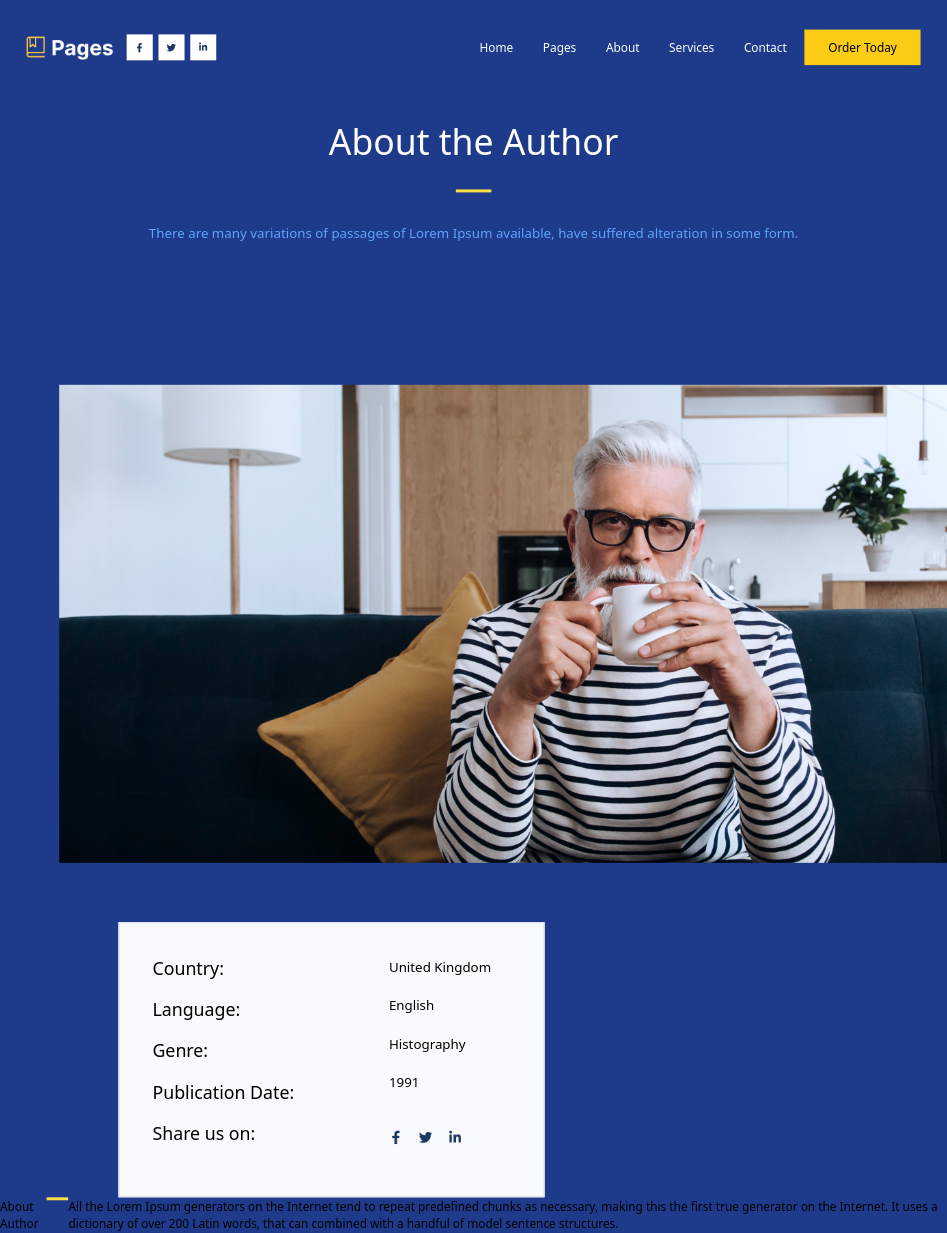
Repository: Godnorg/Class3
Page: index.html
The author's editor kept a copy of each file at every save. The page is drawn from the files as they stood at one save, then again after the next save.
The browser window is 1280 px wide. The pictures show the whole page, at 74% of full size.
Some web libraries are served in a nearby version.

Above is the page before, as saved 2023-02-20 02:30:56.

### index.html
<!DOCTYPE html>
<html lang="en">
<head>
    <meta charset="UTF-8">
    <meta http-equiv="X-UA-Compatible" content="IE=edge">
    <meta name="viewport" content="width=device-width, initial-scale=1.0">
    <title>Class3</title>
    <script src="https://cdn.tailwindcss.com"></script>
</head>
<body class="w-full bg-blue-900">
<div class="flex items-center justify-between w-full pt-10 mx-auto px-9 max-w-7xl">
    <div class="flex gap-4 ">
    <img src="./Logo.png">
    <img src="./soc-icons.png" class="h-9">
    </div>
    <div class="flex gap-6">
        <ul class="flex items-center gap-10 text-white">
            <li><a href="#">Home</a></li>
            <li><a href="#">Pages</a></li>
            <li><a href="#">About</a></li>
            <li><a href="#">Services</a></li>
            <li><a href="#">Contact</a></li>
        </ul>
        <button class="px-8 py-3 mx-auto bg-yellow-400 font-sans-serif">Order Today</button>
    </div>
    </div>
    <div class="items-center mx-auto">
    <h1 class="items-center pt-20 pb-10 text-5xl text-center text-white">About the Author</h1>
        <div
            class="items-center w-12 h-1 mx-auto text-center bg-yellow-300">
        </div>
        <p class="items-center pt-10 pb-20 mx-auto text-lg text-center text-blue-400">There are many variations of passages of Lorem Ipsum available, have suffered alteration in some form.</p>
    </div>

    <div class= "" bg-slate-100">
        <div class="relative w-full pb-20 pl-20 mx-auto pt-28 max-w-7xl">
        <img src="./oldman2.jpg">
        </div>
        <div class="max-w-xl ml-40 mr-96 bg-gray-50">
            <div class="flex mt-0 border-2 pt-11 px-11 pb-11">
                <div class="pr-32">
                <h2 class="pb-6 text-2xl">Country:</h2>
                <h2 class="pb-6 text-2xl">Language:</h2>
                <h2 class="pb-6 text-2xl">Genre:</h2>
                <h2 class="pb-6 text-2xl">Publication Date:</h2>
                <h2 class="pb-6 text-2xl">Share us on:</h2>
                </div>
                <div class="p-0">
                <p class="pb-6 pr-0 text-lg">United Kingdom</p>
                <p class="pb-6 pr-0 text-lg">English</p>
                <p class="pb-6 pr-0 text-lg">Histography</p>
                <p class="pb-6 pr-0 text-lg">1991</p>
                <img src="./socialmedia.png" class="pb-6 pr-0 pt-7">
                </div>
            </div>
        </div>
        <div class="flex">
          <h1>About Author</h1>
          <div class="w-12 h-1 bg-yellow-300"></div>
          <p>All the Lorem Ipsum generators on the Internet tend to repeat predefined chunks as necessary, making this the first true generator on the Internet. It uses a dictionary of over 200 Latin words, that can combined with a handful of model sentence structures.</p>

        </div>
</div>

</body>
</html>

After the next save:
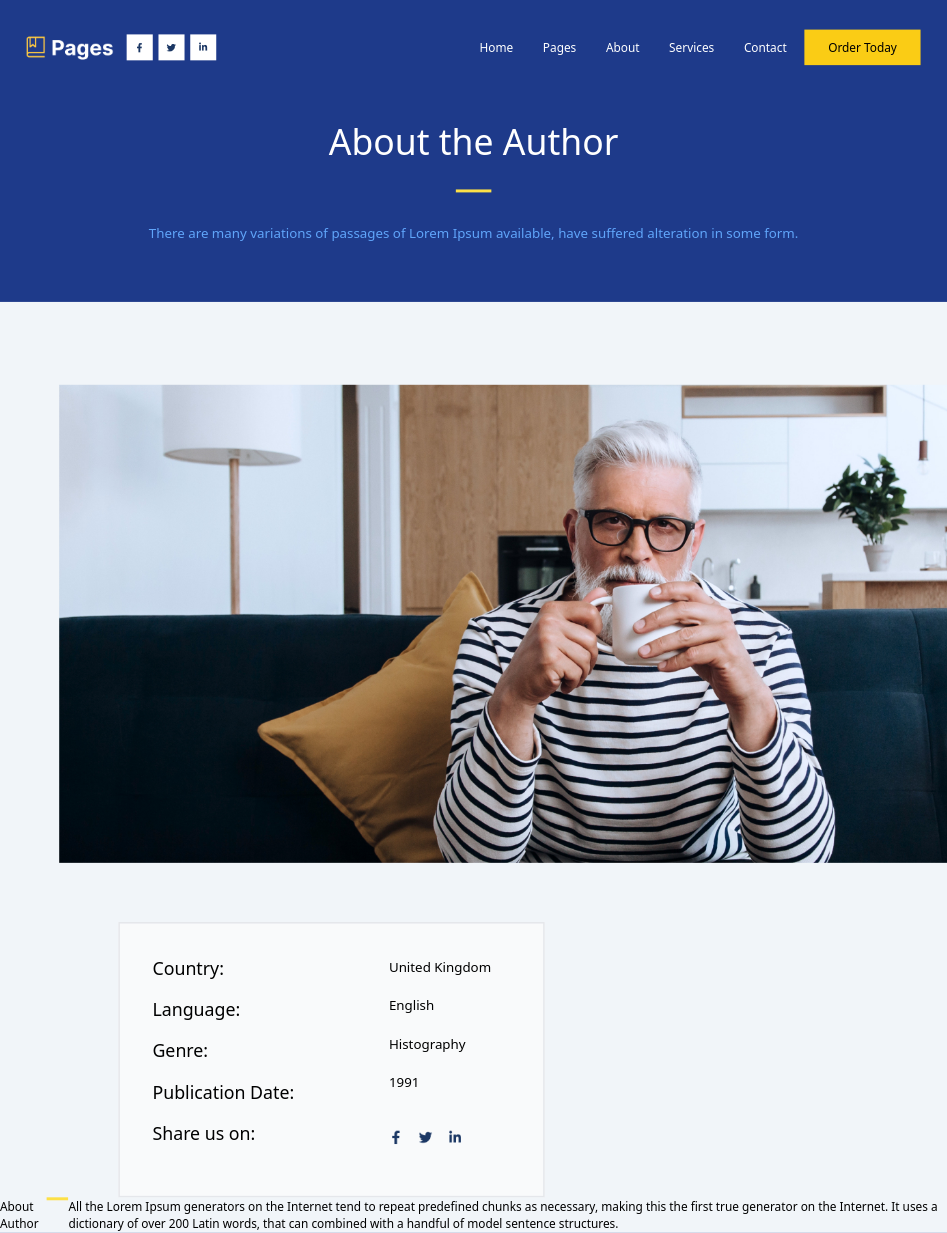
Saved 4 s later.
--- a/index.html
+++ b/index.html
@@ -32,7 +32,7 @@
         <p class="items-center pt-10 pb-20 mx-auto text-lg text-center text-blue-400">There are many variations of passages of Lorem Ipsum available, have suffered alteration in some form.</p>
     </div>
 
-    <div class= "" bg-slate-100">
+    <div class= " bg-slate-100">
         <div class="relative w-full pb-20 pl-20 mx-auto pt-28 max-w-7xl">
         <img src="./oldman2.jpg">
         </div>
